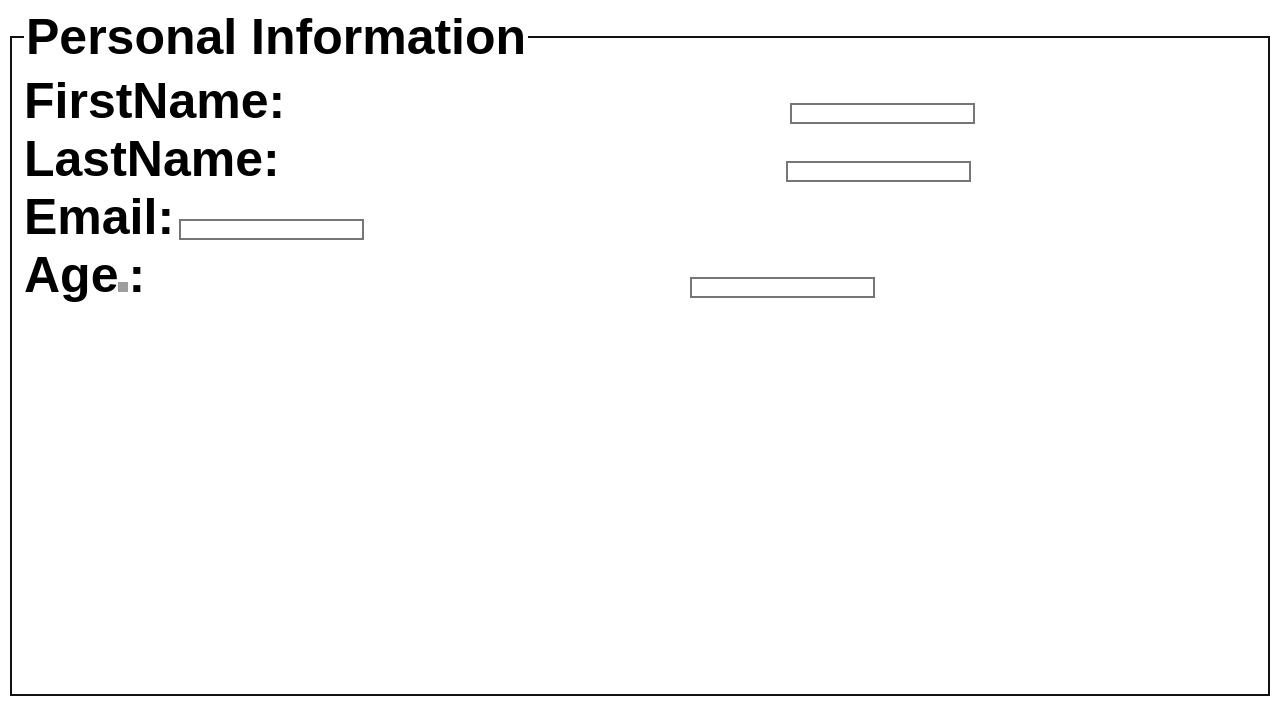
Repository: Femi007-gh/Legend
Page: index.html
The author's editor kept a copy of each file at every save. The page is drawn from the files as they stood at one save, then again after a run of saves.
The browser window is 1280 px wide. The pictures show the whole page.
Pictures or frames that could not be fetched are drawn as grey boxes.

Above is the page before, as saved 2025-04-04 11:02:52.

After the next 2 saves:
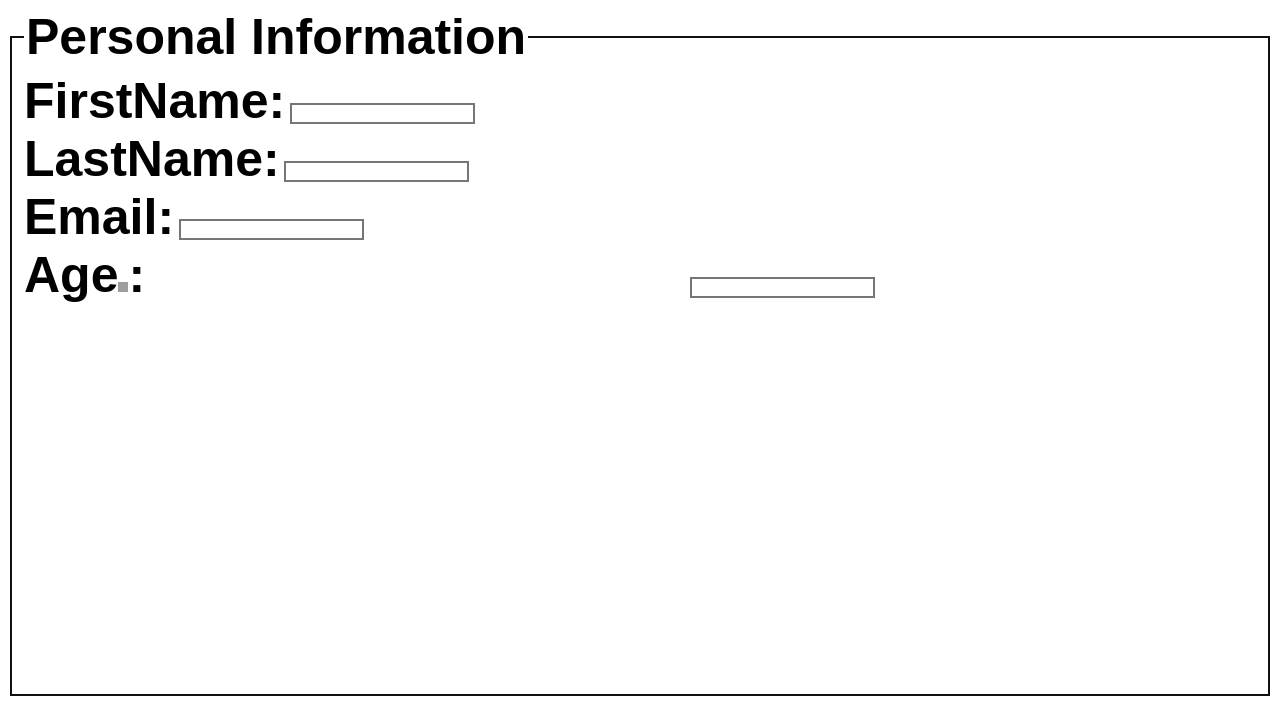
The 2 saves are shown as one change because they came seconds apart.
The last was saved 7 s later.
--- a/style.css
+++ b/style.css
@@ -18,14 +18,12 @@ body {
 }
 
 .FN {
-  margin-top: 30px;
-  margin-left: 500px;
+
   border-style: solid;
 }
 
 .LN {
-  margin-top: 30px;
-  margin-left: 502px;
+
   border-style: solid;
 }
 
